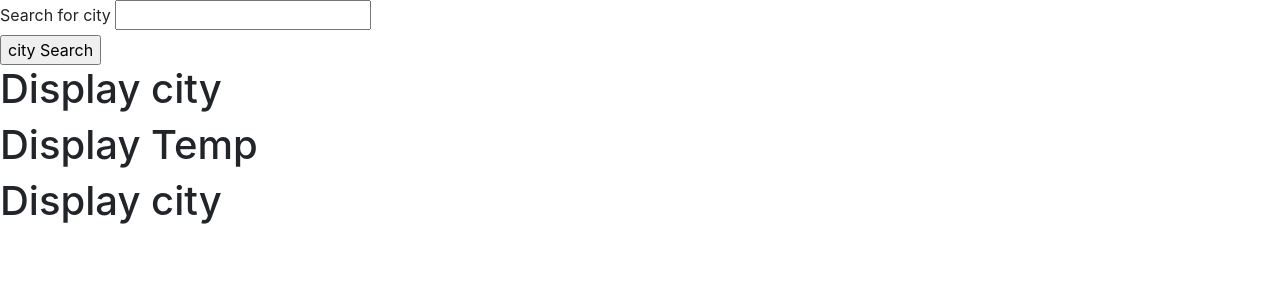
Repository: Mf948/YourWeather
Page: index.html
These files come from the project's save history. The page is drawn as it stood at one moment and after a run of saves; the edit follows.
The browser window is 1280 px wide. The pictures show the whole page.
Some web libraries are served in a nearby version.

Above is the page before, as saved 2020-12-14 20:06:36.

After the next 6 saves:
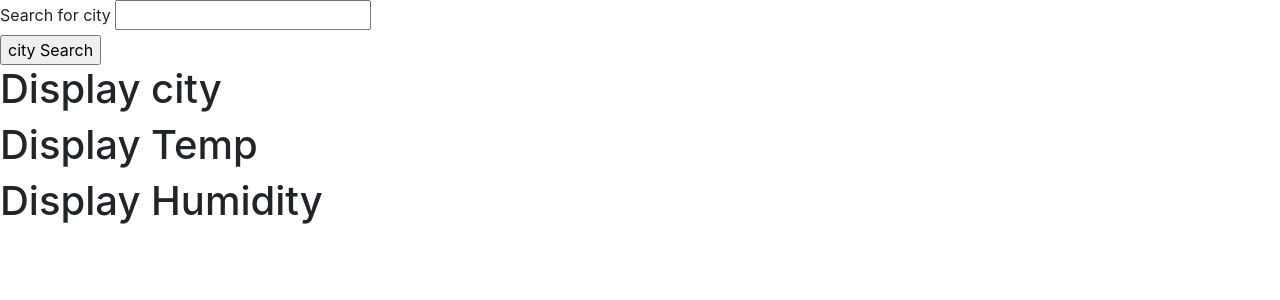
The 6 saves are shown as one change because they came seconds apart.
The last was saved 2 min 15 s later.
--- a/index.html
+++ b/index.html
@@ -17,7 +17,8 @@
 <div id="city1">
     <h1 id ="displaycity">Display city</h1>
     <h1 id ="displayTemperature">Display Temp</h1>
-    <h1 id ="displayHumidity">Display city</h1>
+    <h1 id ="displayHumidity">Display Humidity</h1>
+
 
 </div>
 <div id="city1"></div>
